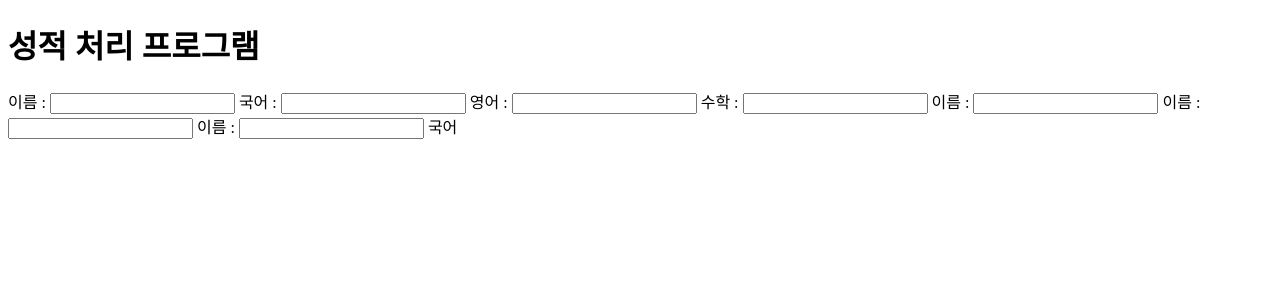
Repository: ChoHyeonJunn/Workspace_WEB
Page: jsp12_ajax01/WebContent/student.html
These files come from the project's save history. The page is drawn as it stood at one moment and after the next save; the edit follows.
The browser window is 1280 px wide. The pictures show the whole page.

Above is the page before, as saved 2020-01-22 06:41:52.

### jsp12_ajax01/WebContent/student.html
<!DOCTYPE html>
<html>
<head>
<meta charset="UTF-8">
<title>Insert title here</title>
</head>
<body>

	<h1>성적 처리 프로그램</h1>

	이름 : <input type="text" id="name">
	국어 : <input type="text" id="kor">
	영어 : <input type="text" id="eng">
	수학 : <input type="text" id="math">
	이름 : <input type="text" id="name">
	이름 : <input type="text" id="name">
	이름 : <input type="text" id="name">
	국어
</body>
</html>

After the next save:
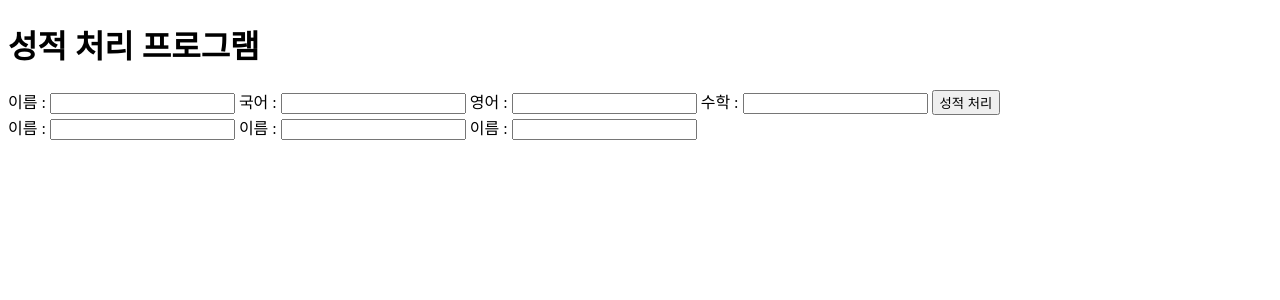
Saved 41 s later.
--- a/jsp12_ajax01/WebContent/student.html
+++ b/jsp12_ajax01/WebContent/student.html
@@ -12,9 +12,12 @@
 	국어 : <input type="text" id="kor">
 	영어 : <input type="text" id="eng">
 	수학 : <input type="text" id="math">
+	<input type="button" id="process" value="성적 처리"><br>
+
+	<div id="result"></div>
 	이름 : <input type="text" id="name">
 	이름 : <input type="text" id="name">
 	이름 : <input type="text" id="name">
-	국어
+
 </body>
 </html>
